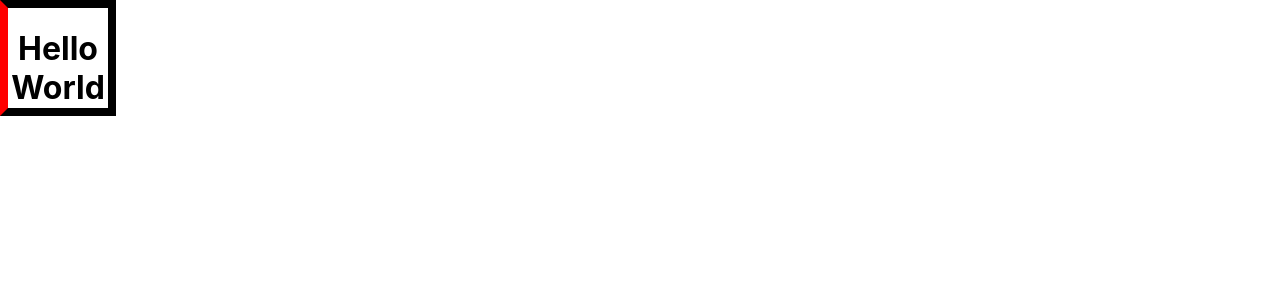
Repository: DeepikaSuretek/React
Page: / (app in practice-app/)
The author's editor kept a copy of each file at every save. The page is drawn from the files as they stood at one save, then again after the next save.
The browser window is 1280 px wide. The pictures show the whole page.
The project was rebuilt for these pictures with package versions that can differ from the ones it lists, and the page was loaded fresh each time.

Above is the page before, as saved 2024-07-08 17:38:45.

After the next save:
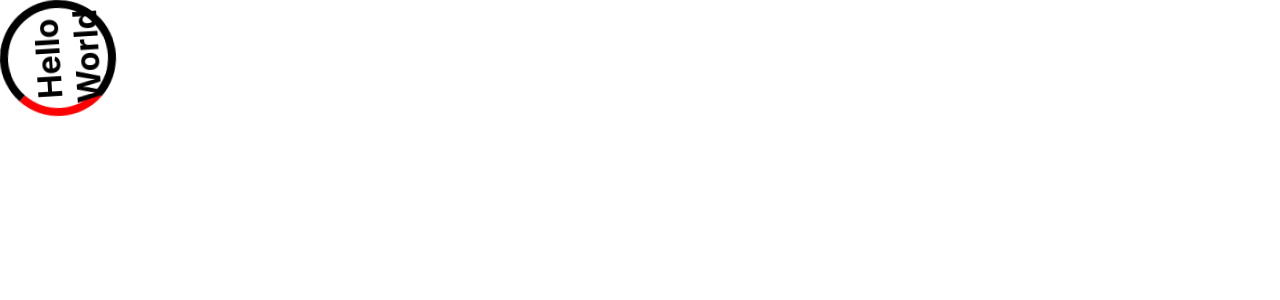
Saved 7 s later.
--- a/practice-app/src/App.css
+++ b/practice-app/src/App.css
@@ -42,6 +42,6 @@
   width: 100px;
   border: 8px solid;
   border-color: black black black red;
-  /* border-radius: 50%;
-  animation: App-logo-spin 2s linear infinite; */
+  border-radius: 50%;
+  animation: App-logo-spin 2s linear infinite;
 }
